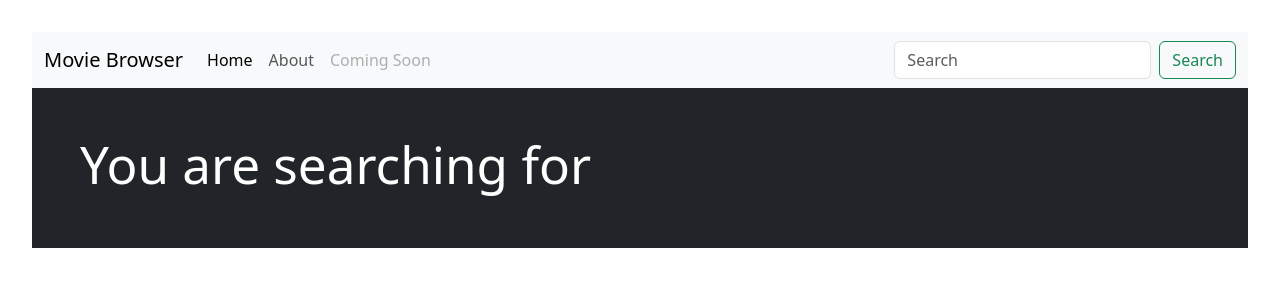
Repository: blordeus/movie-search-browser
Page: /search (app in movie-browser/)
The author's editor kept a copy of each file at every save. The page is drawn from the files as they stood at one save, then again after a run of saves.
The browser window is 1280 px wide. The pictures show the whole page.
The page's requests for data from a server got no answer. The project was rebuilt for these pictures with package versions that can differ from the ones it lists, and the page was loaded fresh each time. No one was signed in, and anything a server would have sent is missing. Also part of the build but not shown: movie-browser/vite.config.js, movie-browser/src/components/Home.jsx, movie-browser/src/components/About.jsx.

Above is the page before, as saved 2023-09-03 17:03:05.

After the next 4 saves:
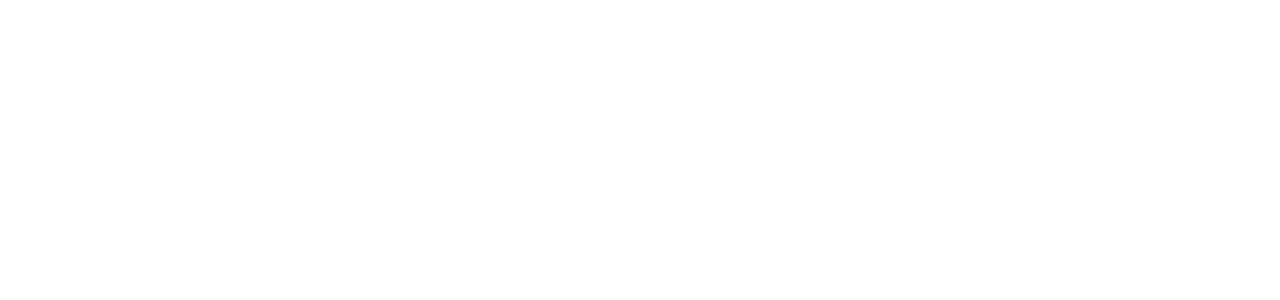
Console error: ReferenceError: obj is not defined
The 4 saves are shown as one change because they came seconds apart.
The last was saved 32 s later.
--- a/movie-browser/src/components/Search.jsx
+++ b/movie-browser/src/components/Search.jsx
@@ -6,7 +6,7 @@
 const Search = ({keyword, searchResults}) => {
     const title = `You are searching for ${keyword}`;
 
-    const results = searchResults.map
+    const results = searchResults.map((obj, i))
   return (
     <div>
       <Hero text={title}/>

After the 2 saves that followed:
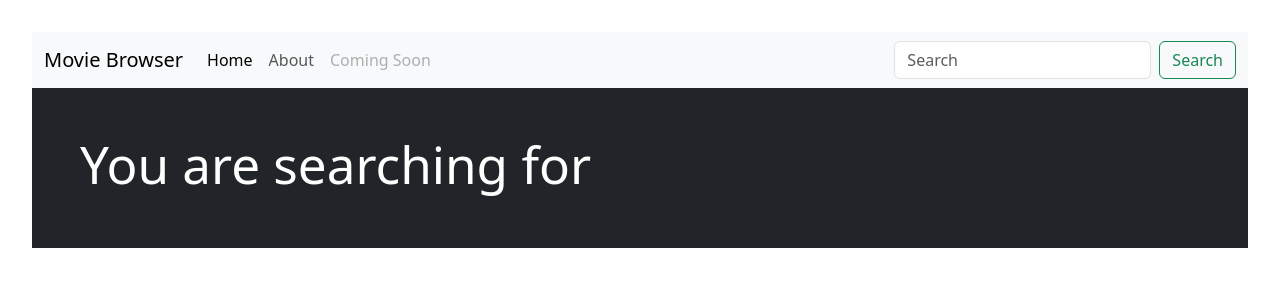
The error is gone.
The 2 saves are shown as one change because they came seconds apart.
The last was saved 9 s later.
--- a/movie-browser/src/components/Search.jsx
+++ b/movie-browser/src/components/Search.jsx
@@ -6,7 +6,9 @@
 const Search = ({keyword, searchResults}) => {
     const title = `You are searching for ${keyword}`;
 
-    const results = searchResults.map((obj, i))
+    const results = searchResults.map((obj, i) => {
+
+    })
   return (
     <div>
       <Hero text={title}/>
